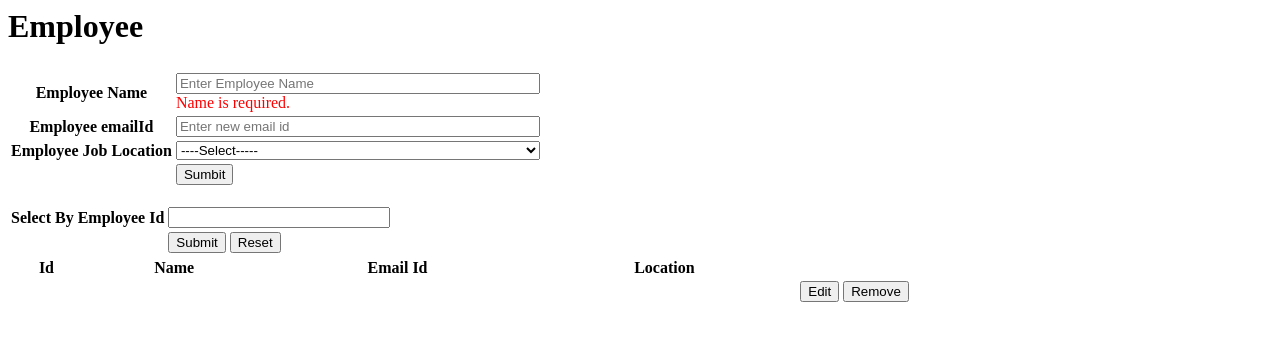
Repository: Dipak27/Dipak-s-front-end
Page: http://localhost/Traning_Management/employeecreate.jsp
The author's editor kept a copy of each file at every save. The page is drawn from the files as they stood at one save, then again after the next save.
The browser window is 1280 px wide. The pictures show the whole page.
The page is served by Tomcat 9.

Above is the page before, as saved 2016-11-10 09:19:39.

After the next save:
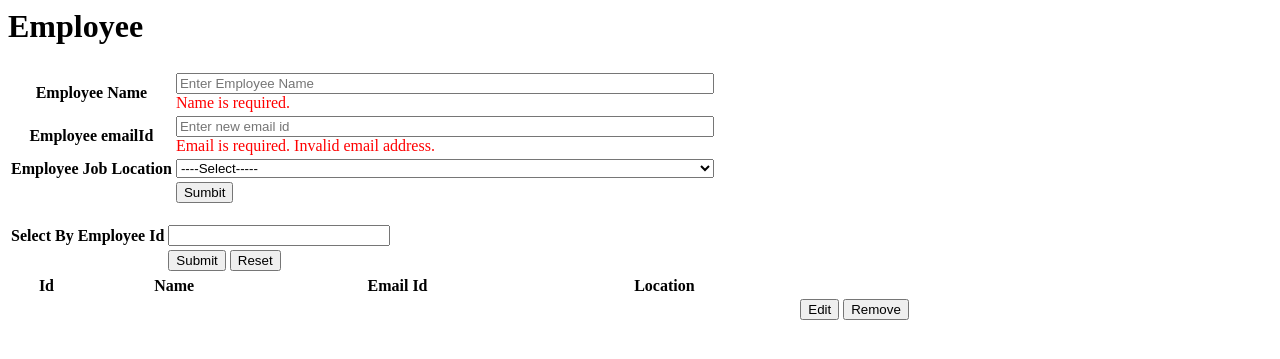
Saved 12 s later.
--- a/Training Management Project/Traning_Management/src/main/webapp/employeecreate.jsp
+++ b/Training Management Project/Traning_Management/src/main/webapp/employeecreate.jsp
@@ -37,7 +37,10 @@
 												</th>
 												<td>
 													<input id="employeeemail" type="text"  required ng-model="emp.employee.emp_email_id" style="width:120%" placeholder="Enter new email id" value=""  />
-
+													<span style="color:red" ng-show="myForm.email.$dirty && myForm.email.$invalid">
+<span ng-show="myForm.email.$error.required">Email is required.</span>
+<span ng-show="myForm.email.$error.email">Invalid email address.</span>
+</span>
 												</td>
 
 											</tr>
